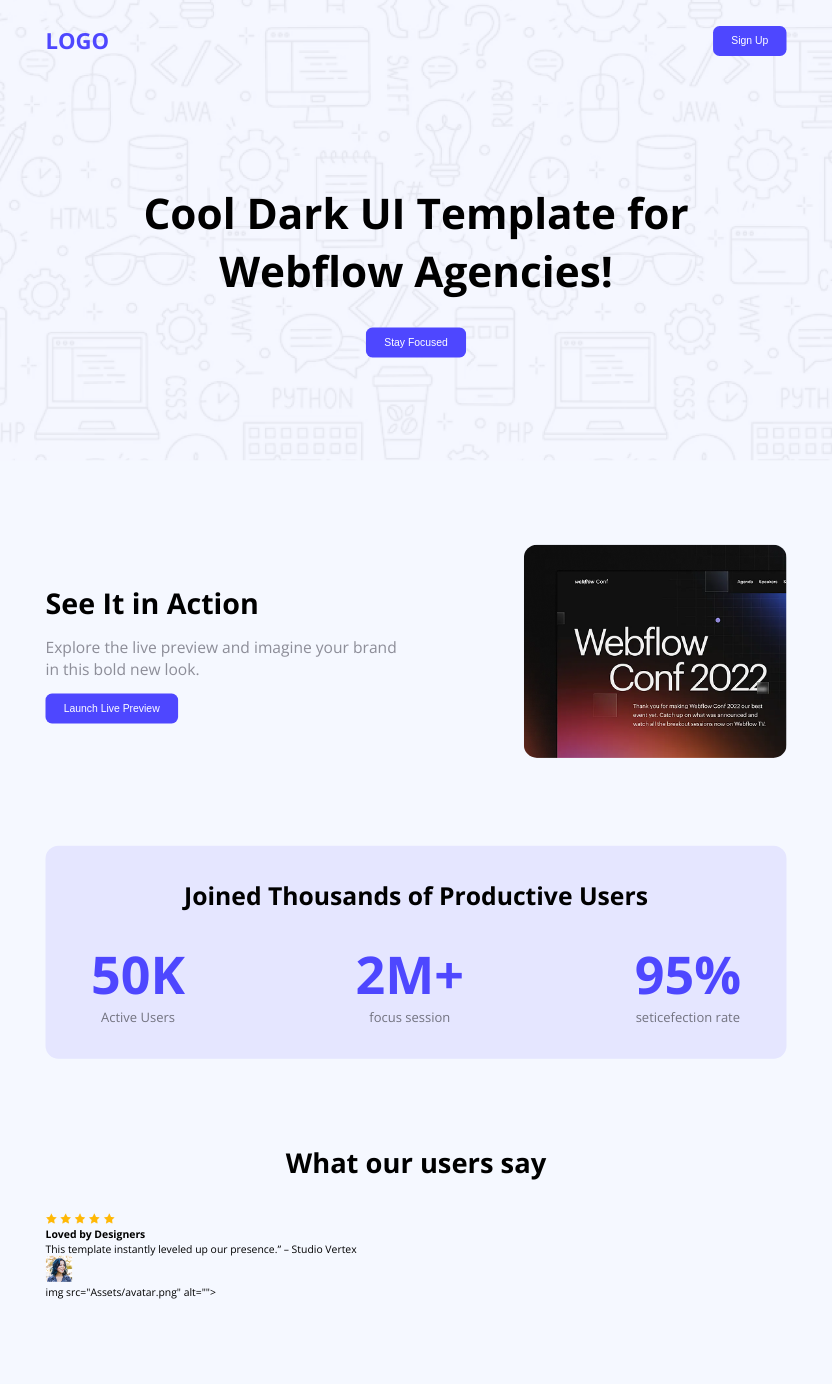
Repository: nahid-hasann/website-3
Page: index.html
These files come from the project's save history. The page is drawn as it stood at one moment and after the next save; the edit follows.
The browser window is 1280 px wide. The pictures show the whole page, at 65% of full size.

Above is the page before, as saved 2025-07-10 20:52:45.

After the next save:
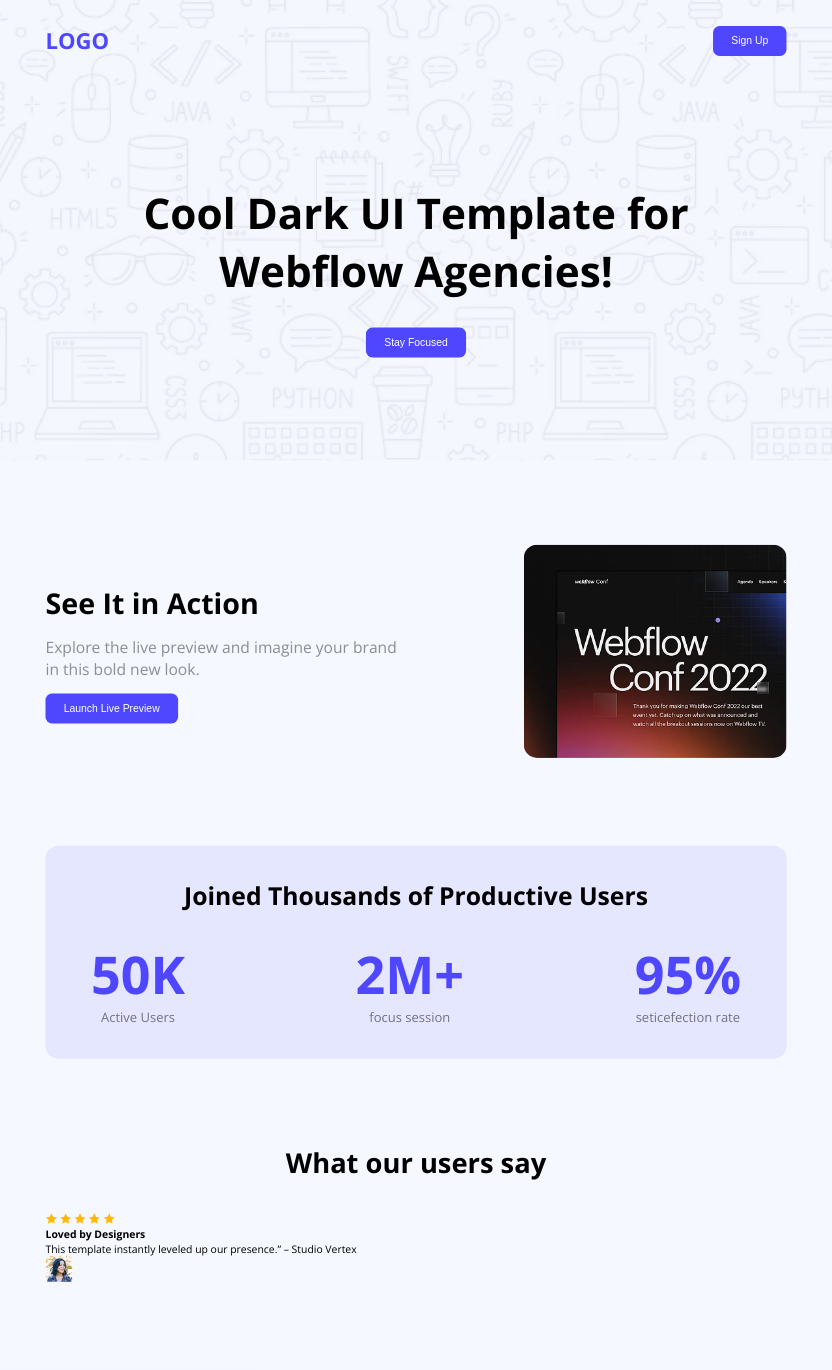
Saved 4 s later.
--- a/index.html
+++ b/index.html
@@ -93,7 +93,7 @@
                 <img src="Assets/avatar.png" alt="">
             </div>
             <div>
-                img src="Assets/avatar.png" alt="">
+                <p></p>
             </div>
 
         </div>
